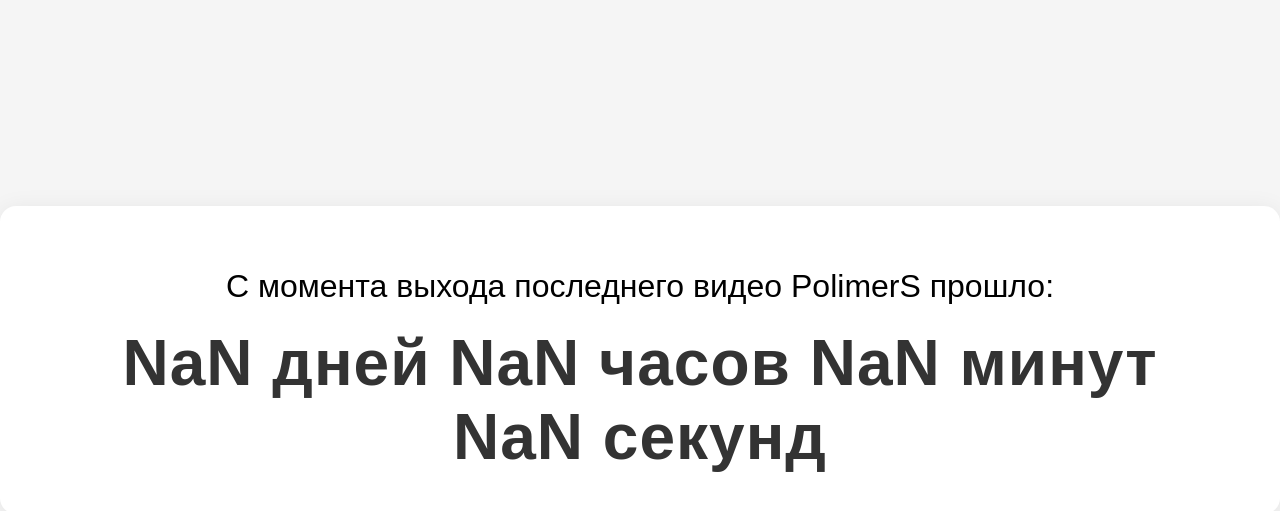
Repository: oncube-dev/OnCube-dev_website
Page: timer_from_Poli_video/app/templates/index.html
These files come from the project's save history. The page is drawn as it stood at one moment and after the next save; the edit follows.
The browser window is 1280 px wide. The pictures show the whole page.

Above is the page before, as saved 2025-07-18 01:08:34.

After the next save:
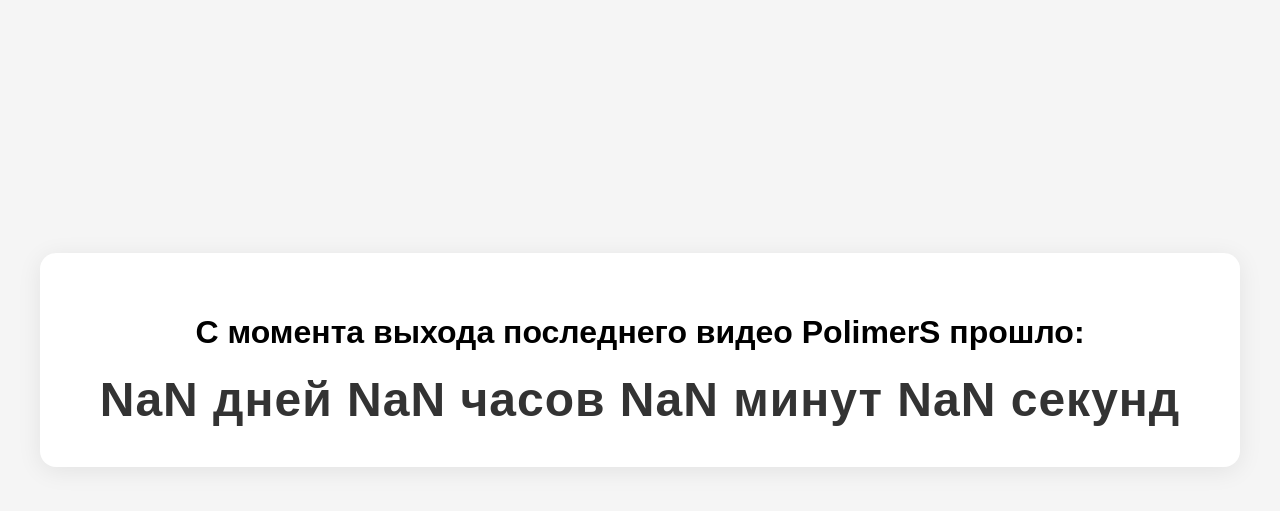
Saved 89 s later.
--- a/timer_from_Poli_video/app/static/style.css
+++ b/timer_from_Poli_video/app/static/style.css
@@ -19,11 +19,11 @@
 
 .timer-container h1 {
     font-size: 2rem;
-    font-weight: normal;
+    font-weight: bold;
 }
 
 #timer {
-    font-size: 4rem;
+    font-size: 3rem;
     font-weight: bold;
     margin-top: 20px;
     color: #333;
